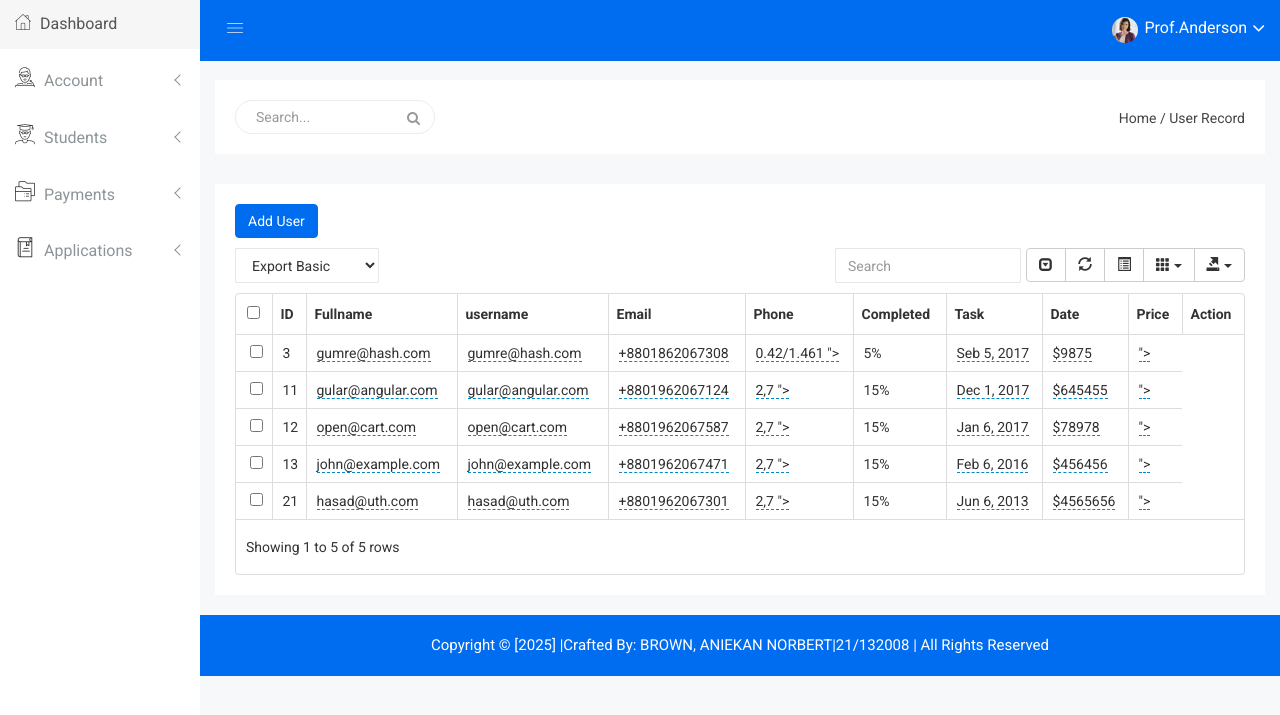
Repository: walterjnr1/crowdfunding-system
Page: http://localhost/Admin/user_record.php
An editor plug-in stored every save of this project. The page is shown before and after the next save, followed by the edit.
The browser window is 1280 px wide. The pictures show the whole page.
The page is run by PHP 8.4 with error messages shown; the project is at /var/www/html/. Other server files are loaded and not shown.

Above is the page before, as saved 2025-02-20 11:26:12.
Console error (its wording comes from the project's code and is left out).

### Admin/user_record.php
<!doctype html>
<html class="no-js" lang="en">

<head>
<title>User Record  | Kiaalap - Kiaalap Admin Template</title>

    <?php include 'head.php'; ?>
</head>
<body>
    <!--[if lt IE 8]>
		<p class="browserupgrade">You are using an <strong>outdated</strong> browser. Please <a href="http://browsehappy.com/">upgrade your browser</a> to improve your experience.</p>
	<![endif]-->
    <!-- Start Left menu area -->
    <div class="left-sidebar-pro">
        <nav id="sidebar" class="">
            <div class="sidebar-header">
                <a href="index.php"></a>
                <strong><a href="index.php"></a></strong>            </div>
            <div class="left-custom-menu-adp-wrap comment-scrollbar">

                <?php include 'sidebar_main.php'; ?>

            </div>
        </nav>
    </div>
    <!-- End Left menu area -->
    <!-- Start Welcome area -->
    <div class="all-content-wrapper">
        <div class="container-fluid">
            <div class="row">
                <div class="col-lg-12 col-md-12 col-sm-12 col-xs-12">
                    <div class="logo-pro">
                        <a href="index.php"><img class="main-logo" src="img/logo/logo.png" alt="" /></a>
                    </div>
                </div>
            </div>
        </div>
        <div class="header-advance-area">
        <div class="header-top-area">
                <div class="container-fluid">
                    <div class="row">
                        <div class="col-lg-12 col-md-12 col-sm-12 col-xs-12">
                            <div class="header-top-wraper">
                                <?php include 'header.php'; ?>
                            </div>
                        </div>
                    </div>
                </div>
            </div>
            <!-- Mobile Menu start -->
            <div class="mobile-menu-area">
                <div class="container">
                    <div class="row">
                        <div class="col-lg-12 col-md-12 col-sm-12 col-xs-12">
                            <div class="mobile-menu">
                                <?php include 'sidebar_mobile.php'; ?>
                            </div>
                        </div>
                    </div>
                </div>
            </div>
            <!-- Mobile Menu end -->
            <div class="breadcome-area">
                <div class="container-fluid">
                    <div class="row">
                        <div class="col-lg-12 col-md-12 col-sm-12 col-xs-12">
                            <div class="breadcome-list single-page-breadcome">
                                <div class="row">
                                    <div class="col-lg-6 col-md-6 col-sm-6 col-xs-12">
                                        <div class="breadcome-heading">
                                            <form role="search" class="sr-input-func">
                                                <input type="text" placeholder="Search..." class="search-int form-control">
                                                <a href="#"><i class="fa fa-search"></i></a>
                                            </form>
                                        </div>
                                    </div>
                                    <div class="col-lg-6 col-md-6 col-sm-6 col-xs-12">
                                        <ul class="breadcome-menu">
                                            <li><a href="#">Home</a> <span class="bread-slash">/</span>
                                            </li>
                                            <li><span class="bread-blod">User Record</span>
                                            </li>
                                        </ul>
                                    </div>
                                </div>
                            </div>
                        </div>
                    </div>
                </div>
            </div>
        </div>
        <!-- Static Table Start -->
        <div class="data-table-area mg-b-15">
            <div class="container-fluid">
                <div class="row">
                    <div class="col-lg-12 col-md-12 col-sm-12 col-xs-12">
                        <div class="sparkline13-list">
                            <div class="sparkline13-hd">
                                <div class="main-sparkline13-hd">
                                <button onclick="window.location.href='add_user.php';" class="btn btn-primary waves-effect waves-light">Add User</button>

</div>
                            </div>
                            <div class="sparkline13-graph">
                                <div class="datatable-dashv1-list custom-datatable-overright">
                                    <div id="toolbar">
                                        <select class="form-control dt-tb">
											<option value="">Export Basic</option>
											<option value="all">Export All</option>
											<option value="selected">Export Selected</option>
										</select>
                                    </div>
                                    <table id="table" data-toggle="table" data-pagination="true" data-search="true" data-show-columns="true" data-show-pagination-switch="true" data-show-refresh="true" data-key-events="true" data-show-toggle="true" data-resizable="true" data-cookie="true"
                                        data-cookie-id-table="saveId" data-show-export="true" data-click-to-select="true" data-toolbar="#toolbar">
                                        <thead>
                                            <tr>
                                                <th data-field="state" data-checkbox="true"></th>
                                                <th data-field="id">ID</th>
                                                <th data-field="name" data-editable="true">Fullname</th>
                                                <th data-field="name" data-editable="true">username</th>
                                                <th data-field="email" data-editable="true">Email</th>
                                                <th data-field="phone" data-editable="true">Phone</th>
                                                <th data-field="complete">Completed</th>
                                                <th data-field="task" data-editable="true">Task</th>
                                                <th data-field="date" data-editable="true">Date</th>
                                                <th data-field="price" data-editable="true">Price</th>
                                                <th data-field="action">Action</th>
                                            </tr>
                                        </thead>
                                        <tbody>

                                            <tr>
                                                <td></td>
                                                <td>3</td>
                                                <td>Software Development</td>
                                                <td>gumre@hash.com</td>
                                                <td>+8801862067308</td>
                                                <td class="datatable-ct"><span class="pie">0.42/1.461</span>
                                                </td>
                                                <td>5%</td>
                                                <td>Seb 5, 2017</td>
                                                <td>$9875</td>
                                                <td class="datatable-ct"><i class="fa fa-check"></i>
                                                </td>
                                            </tr>

                                            <tr>
                                                <td></td>
                                                <td>11</td>
                                                <td>Angular Js</td>
                                                <td>gular@angular.com</td>
                                                <td>+8801962067124</td>
                                                <td class="datatable-ct"><span class="pie">2,7</span>
                                                </td>
                                                <td>15%</td>
                                                <td>Dec 1, 2017</td>
                                                <td>$645455</td>
                                                <td class="datatable-ct"><i class="fa fa-check"></i>
                                                </td>
                                            </tr>
                                            <tr>
                                                <td></td>
                                                <td>12</td>
                                                <td>Opencart</td>
                                                <td>open@cart.com</td>
                                                <td>+8801962067587</td>
                                                <td class="datatable-ct"><span class="pie">2,7</span>
                                                </td>
                                                <td>15%</td>
                                                <td>Jan 6, 2017</td>
                                                <td>$78978</td>
                                                <td class="datatable-ct"><i class="fa fa-check"></i>
                                                </td>
                                            </tr>
                                            <tr>
                                                <td></td>
                                                <td>13</td>
                                                <td>Education</td>
                                                <td>john@example.com</td>
                                                <td>+8801962067471</td>
                                                <td class="datatable-ct"><span class="pie">2,7</span>
                                                </td>
                                                <td>15%</td>
                                                <td>Feb 6, 2016</td>
                                                <td>$456456</td>
                                                <td class="datatable-ct"><i class="fa fa-check"></i>
                                                </td>
                                            </tr>
                                             <tr>
                                                <td></td>
                                                <td>21</td>
                                                <td>Jquery Advance</td>
                                                <td>hasad@uth.com</td>
                                                <td>+8801962067301</td>
                                                <td class="datatable-ct"><span class="pie">2,7</span>
                                                </td>
                                                <td>15%</td>
                                                <td>Jun 6, 2013</td>
                                                <td>$4565656</td>
                                                <td class="datatable-ct"><i class="fa fa-check"></i>
                                                </td>
                                            </tr>
                                        </tbody>
                                    </table>
                                </div>
                            </div>
                        </div>
                    </div>
                </div>
            </div>
        </div>

        <?php include('../inc/footer_admin.php'); ?>

</div>

<?php include('bottom_script.php'); ?>
</body>

</html>

### Admin/sidebar_main.php
<nav class="sidebar-nav left-sidebar-menu-pro">
                    <ul class="metismenu" id="menu1">
                    <li class="active">
                            <a title="Home Page" href="#" aria-expanded="false"><span class="educate-icon educate-home icon-wrap sub-icon-mg" aria-hidden="true"></span> <span class="mini-click-non">Dashboard</span></a>
                         </li>

                        <li>
                            <a class="has-arrow" href="#" aria-expanded="false"><span class="educate-icon educate-professor icon-wrap"></span> <span class="mini-click-non">Account</span></a>
                            <ul class="submenu-angle" aria-expanded="false">
                                <li><a title="Add User" href="add_user.php"><span class="mini-sub-pro">Add User</span></a></li>
                                <li><a title="User Record" href="user_record.php"><span class="mini-sub-pro">All User</span></a></li>
                            </ul>
                        </li>
                        <li>
                            <a class="has-arrow" href="#" aria-expanded="false"><span class="educate-icon educate-student icon-wrap"></span> <span class="mini-click-non">Students</span></a>
                            <ul class="submenu-angle" aria-expanded="false">
                                <li><a title="Add Students" href="add_student.php"><span class="mini-sub-pro">Add Student</span></a></li>
                                <li><a title="Edit Students" href="edit_student.php"><span class="mini-sub-pro">Edit Student</span></a></li>
                                <li><a title="Students Record" href="student_record.php"><span class="mini-sub-pro">All Student</span></a></li>
                            </ul>
                        </li>
                        <li>
                            <a class="has-arrow" href="#" aria-expanded="false"><span class="educate-icon educate-course icon-wrap"></span> <span class="mini-click-non">Payments</span></a>
                            <ul class="submenu-angle" aria-expanded="false">
                                <li><a title="All Payment" href="payment_record.php"><span class="mini-sub-pro">All Payment</span></a></li>
                            </ul>
                        </li>
                        <li>
                            <a class="has-arrow" href="#" aria-expanded="false"><span class="educate-icon educate-library icon-wrap"></span> <span class="mini-click-non">Applications</span></a>
                            <ul class="submenu-angle" aria-expanded="false">
                                <li><a title="All Application" href="application_record.php"><span class="mini-sub-pro">All Application</span></a></li>

                            </ul>
                        </li>


                    </ul>
                </nav>

### Admin/header.php
<div class="row">
                                    <div class="col-lg-1 col-md-0 col-sm-1 col-xs-12">
                                        <div class="menu-switcher-pro">
                                            <button type="button" id="sidebarCollapse" class="btn bar-button-pro header-drl-controller-btn btn-info navbar-btn">
													<i class="educate-icon educate-nav"></i>
												</button>
                                        </div>
                                    </div>
                                    <div class="col-lg-6 col-md-7 col-sm-6 col-xs-12">
                                        <div class="header-top-menu tabl-d-n">

                                        </div>
                                    </div>
                                    <div class="col-lg-5 col-md-5 col-sm-12 col-xs-12">
                                        <div class="header-right-info">
                                            <ul class="nav navbar-nav mai-top-nav header-right-menu">


                                                <li class="nav-item">
                                                    <a href="#" data-toggle="dropdown" role="button" aria-expanded="false" class="nav-link dropdown-toggle">
															<img src="img/product/pro4.jpg" alt="" />
															<span class="admin-name">Prof.Anderson</span>
															<i class="fa fa-angle-down edu-icon edu-down-arrow"></i>
														</a>
                                                    <ul role="menu" class="dropdown-header-top author-log dropdown-menu animated zoomIn">

                                                        <li><a href="#"><span class="edu-icon edu-user-rounded author-log-ic"></span>My Profile</a>
                                                        </li>
                                                        <li><a href="#"><span class="edu-icon edu-money author-log-ic"></span>Change Password</a>
                                                        </li>
                                                        </li>
                                                        <li><a href="#"><span class="edu-icon edu-locked author-log-ic"></span>Log Out</a>
                                                        </li>
                                                    </ul>
                                                </li>


                                                </li>
                                            </ul>
                                        </div>
                                    </div>
                                </div>

### inc/footer_Admin.php
<div class="footer-copyright-area">
            <div class="container-fluid">
                <div class="row">
                    <div class="col-lg-12">
                        <div class="footer-copy-right">
                            <p>Copyright &copy; [<?php echo date("Y")?>] |Crafted By: BROWN, ANIEKAN NORBERT|21/132008 | All Rights Reserved</p>
                        </div>
                    </div>
                </div>
            </div>
        </div>

### Admin/css/educate-custon-icon.css
@font-face {
  font-family: 'educate-icon';
  src:
    url('fonts/educate-icon.ttf?kufm5h') format('truetype'),
    url('fonts/educate-icon.woff?kufm5h') format('woff'),
    url('fonts/educate-icon.svg?kufm5h#educate-icon') format('svg');
  font-weight: normal;
  font-style: normal;
}

.educate-icon {
  /* use !important to prevent issues with browser extensions that change fonts */
  font-family: 'educate-icon' !important;
  speak: none;
  font-style: normal;
  font-weight: normal;
  font-variant: normal;
  text-transform: none;
  line-height: 1;

  /* Better Font Rendering =========== */
  -webkit-font-smoothing: antialiased;
  -moz-osx-font-smoothing: grayscale;
}

.educate-danger:before {
  content: "\e91b";
}
.educate-info:before {
  content: "\e91c";
}
.educate-warning:before {
  content: "\e91d";
}
.educate-star:before {
  content: "\e919";
}
.educate-star-half:before {
  content: "\e91a";
}
.educate-apps:before {
  content: "\e900";
}
.educate-bell:before {
  content: "\e901";
}
.educate-charts:before {
  content: "\e902";
}
.educate-checked:before {
  content: "\e903";
}
.educate-cloud:before {
  content: "\e904";
}
.educate-comment:before {
  content: "\e905";
}
.educate-course:before {
  content: "\e906";
}
.educate-data-table:before {
  content: "\e907";
}
.educate-department:before {
  content: "\e908";
}
.educate-event:before {
  content: "\e909";
}
.educate-form:before {
  content: "\e90a";
}
.educate-home:before {
  content: "\e90b";
}
.educate-interface:before {
  content: "\e90c";
}
.educate-landing:before {
  content: "\e90d";
}
.educate-library:before {
  content: "\e90e";
}
.educate-menu:before {
  content: "\e90f";
}
.educate-message:before {
  content: "\e910";
}
.educate-miscellanous:before {
  content: "\e911";
}
.educate-nav:before {
  content: "\e912";
}
.educate-pages:before {
  content: "\e913";
}
.educate-professor:before {
  content: "\e914";
}
.educate-project:before {
  content: "\e915";
}
.educate-search:before {
  content: "\e916";
}
.educate-settings:before {
  content: "\e917";
}
.educate-student:before {
  content: "\e918";
}
.educate-price-tag:before {
  content: "\e935";
}
.educate-price-tags:before {
  content: "\e936";
}

### Admin/css/metisMenu/metisMenu-vertical.css
.sidebar-nav {
    background: #fff;
}
.sidebar-nav ul {
    padding: 0;
    margin: 0;
    list-style: none;
    background: #f5f5f5;
}
.sidebar-nav .metismenu {
    background: #fff;
    display: -webkit-box;
    display: -ms-flexbox;
    display: flex;
    -webkit-box-orient: vertical;
    -webkit-box-direction: normal;
    -ms-flex-direction: column;
    flex-direction: column;
}
.sidebar-nav .metismenu li + li {
  margin-top: 5px;
}
.sidebar-nav .metismenu li:last-child {
  margin-bottom: 5px;
}
.sidebar-nav .metismenu > li {
/*    -webkit-box-flex: 1;
    -ms-flex: 1 1 0%;
    flex: 1 1 0%;*/
    display: -webkit-box;
    display: -ms-flexbox;
    display: flex;
    -webkit-box-orient: vertical;
    -webkit-box-direction: normal;
    -ms-flex-direction: column;
    flex-direction: column;
    position: relative;
}
.sidebar-nav .metismenu a {
    position: relative;
    display: block;
    padding: 13px 15px;
    color: #444;
    outline-width: 0;
    transition: all .3s ease-out;
	font-size:16px;
	font-weight:400;
}

.sidebar-nav .metismenu ul a {
    padding: 10px 15px 10px 40px;
}

.sidebar-nav .metismenu ul ul a {
    padding: 10px 15px 10px 45px;
}
.sidebar-nav .metismenu a:hover,
.sidebar-nav .metismenu a:focus,
.sidebar-nav .metismenu a:active {
    color: #555;
    text-decoration: none;
    background: #e12503;
}
.sidebar-nav .metismenu li .icon-wrap{
	margin-right:5px;
	font-size:20px;
	color:#303030;
}
.sidebar-nav .metismenu li .sub-icon-mg{
	margin-right:5px;
	font-size:16px;
}
#sidebar.active .metismenu li .mini-click-non{
	display:none;
}
#sidebar.active .metismenu li .has-arrow:after{
	display:none;
}
#sidebar.active .metismenu li .submenu-angle li a {
    padding: 10px 20px 10px 20px;
}

Loaded but not shown: Admin/css/bootstrap.min.css (library); Admin/css/font-awesome.min.css (library); Admin/css/owl.carousel.css (common file); Admin/css/owl.theme.css (common file); Admin/css/owl.transitions.css (library); Admin/css/animate.css (library); Admin/css/normalize.css (library); Admin/css/meanmenu.min.css (common file); Admin/css/morrisjs/morris.css (common file); Admin/css/scrollbar/jquery.mCustomScrollbar.min.css (library); Admin/css/metisMenu/metisMenu.min.css (common file); Admin/css/calendar/fullcalendar.min.css (library); Admin/css/calendar/fullcalendar.print.min.css (common file); Admin/css/editor/select2.css (common file); Admin/css/editor/bootstrap-editable.css (library); Admin/css/data-table/bootstrap-table.css (library); Admin/css/data-table/bootstrap-editable.css (library); Admin/js/bootstrap.min.js (library); Admin/js/wow.min.js (library); Admin/js/jquery-price-slider.js (library); Admin/js/jquery.meanmenu.js (library); Admin/js/owl.carousel.min.js (library); Admin/js/jquery.sticky.js (library); Admin/js/jquery.scrollUp.min.js (common file); Admin/js/counterup/jquery.counterup.min.js (common file); Admin/js/counterup/waypoints.min.js (library); Admin/js/counterup/counterup-active.js (common file); Admin/js/scrollbar/jquery.mCustomScrollbar.concat.min.js (library); Admin/js/metisMenu/metisMenu.min.js (library); Admin/js/metisMenu/metisMenu-active.js (common file); Admin/js/morrisjs/raphael-min.js (library); Admin/js/sparkline/jquery.sparkline.min.js (library); Admin/js/sparkline/jquery.charts-sparkline.js (library); Admin/js/data-table/bootstrap-table.js (library); Admin/js/data-table/data-table-active.js (common file); Admin/js/data-table/bootstrap-table-editable.js (library); Admin/js/data-table/bootstrap-editable.js (library); Admin/js/data-table/bootstrap-table-resizable.js (common file); Admin/js/data-table/bootstrap-table-export.js (library); Admin/js/data-table/tableExport.js (2097 lines, source omitted); Admin/js/morrisjs/morris.js (1892 lines, source omitted); Admin/js/data-table/colResizable-1.5.source.js (366 lines, source omitted); Admin/js/sparkline/sparkline-active.js (146 lines, source omitted); Admin/js/main.js (100 lines, source omitted); Admin/js/morrisjs/morris-active.js (109 lines, source omitted); Admin/js/scrollbar/mCustomScrollbar-active.js (58 lines, source omitted); Admin/js/plugins.js (24 lines, source omitted); Admin/style.css (4721 lines, source omitted); Admin/css/responsive.css (755 lines, source omitted); Admin/sidebar_mobile.php (174 lines, source omitted); Admin/css/editor/datetimepicker.css (366 lines, source omitted); Admin/css/main.css (280 lines, source omitted); Admin/css/editor/x-editor-style.css (106 lines, source omitted); Admin/head.php (61 lines, source omitted); Admin/bottom_script.php (64 lines, source omitted)

After the next save:
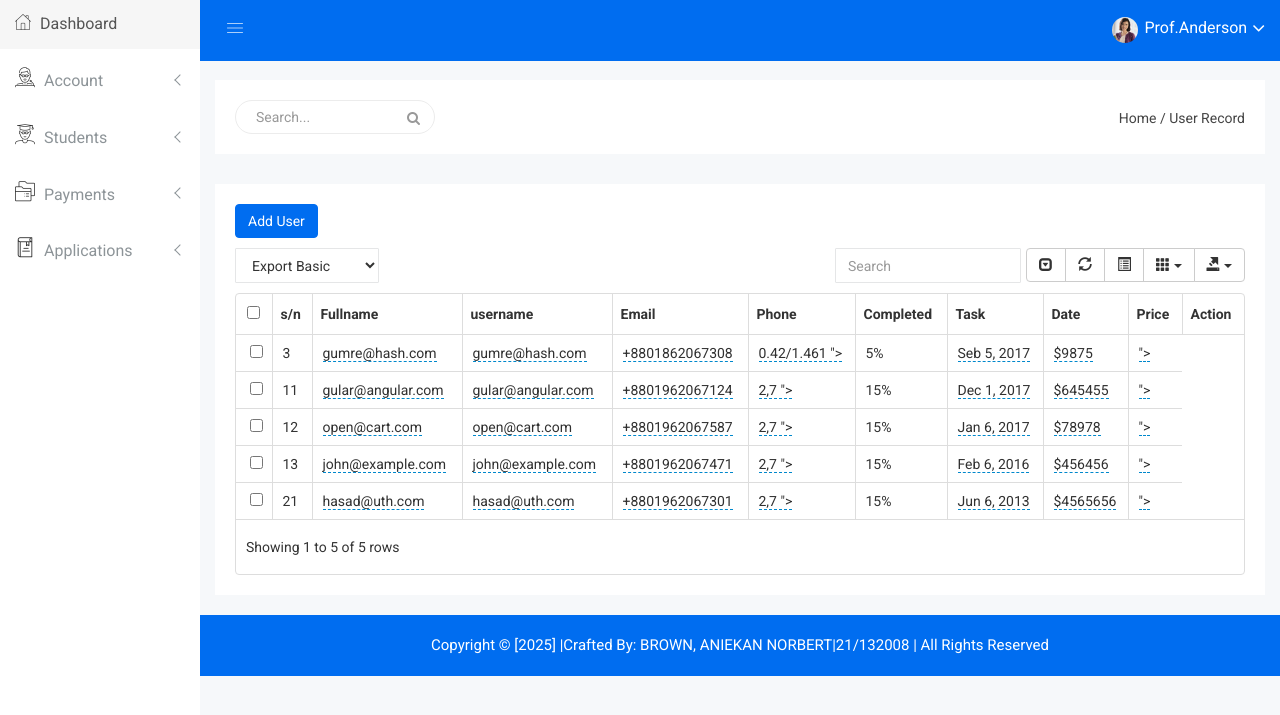
Saved 22 s later.
--- a/Admin/user_record.php
+++ b/Admin/user_record.php
@@ -115,7 +115,7 @@
                                         <thead>
                                             <tr>
                                                 <th data-field="state" data-checkbox="true"></th>
-                                                <th data-field="id">ID</th>
+                                                <th data-field="id">s/n</th>
                                                 <th data-field="name" data-editable="true">Fullname</th>
                                                 <th data-field="name" data-editable="true">username</th>
                                                 <th data-field="email" data-editable="true">Email</th>
